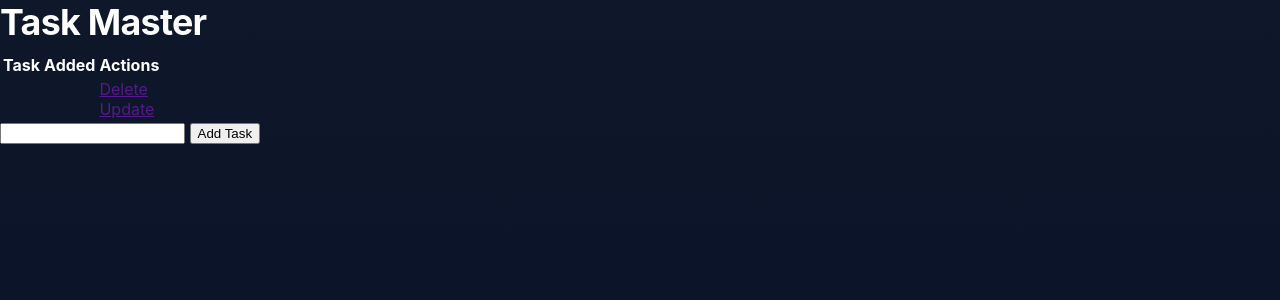
Repository: k10sj02/task-master-flex
Page: http://localhost/
These files come from the project's save history. The page is drawn as it stood at one moment and after the next save; the edit follows.
The browser window is 1280 px wide. The pictures show the whole page.
The page is served by the project's application, run on Flask 3 (app.py).

Above is the page before, as saved 2025-11-13 22:04:37.

### templates/index.html
{% extends 'base.html' %}

{% block head %}
  <title>Hello from Child Template</title>
{% endblock %}

{% block content %}

<div class="content">
  <h1>Task Master</h1>

  <table>
    <tr>
      <th>Task</th>
      <th>Added</th>
      <th>Actions</th>
    </tr>
    <tr>
      <td></td>
      <td></td>
      <td>
        <a href="">Delete</a>
        <br>
        <a href="">Update</a>
      </td>
    </tr>

  </table>

  <form action="/" method="POST">
    <input type="text" name="content" id="content">
    <input type="submit" value="Add Task">

  </form>


</div>
{% endblock %}

### templates/base.html
<!doctype html>
<html lang="en">
<head>
  <meta charset="utf-8">
  <meta name="viewport" content="width=device-width, initial-scale=1">
  {% block head %}{% endblock %}
  <link rel="stylesheet" href="{{ url_for('static', filename='css/main.css') }}">
</head>


  <style>
    :root{
      --bg: #0f172a;
      --card: #0b1220;
      --accent: #60a5fa;
      --muted: #94a3b8;
      --white: #ffffff;
      font-family: Inter, system-ui, -apple-system, "Segoe UI", Roboto, "Helvetica Neue", Arial;
    }

    html,body{
      height:100%;
      margin:0;
      background: linear-gradient(180deg, var(--bg) 0%, #071029 100%);
      color:var(--white);
      -webkit-font-smoothing:antialiased;
      -moz-osx-font-smoothing:grayscale;
    }

    .wrap{
      min-height:100%;
      display:flex;
      align-items:center;
      justify-content:center;
      padding:2rem;
      box-sizing:border-box;
    }

    .card{
      background: linear-gradient(180deg, rgba(255,255,255,0.03), rgba(255,255,255,0.02));
      border:1px solid rgba(255,255,255,0.04);
      padding:2.25rem 3rem;
      border-radius:12px;
      box-shadow: 0 8px 30px rgba(2,6,23,0.6);
      text-align:center;
      max-width:720px;
      width:100%;
    }

    h1{
      margin:0 0 0.5rem 0;
      font-size:clamp(1.5rem, 2.8vw, 2.25rem);
      letter-spacing:-0.02em;
    }

    p.lead{
      margin:0;
      color:var(--muted);
      font-size:1rem;
    }

    .badge{
      display:inline-block;
      margin-bottom:1rem;
      background:rgba(96,165,250,0.12);
      color:var(--accent);
      border-radius:999px;
      padding:0.25rem 0.6rem;
      font-weight:600;
      font-size:0.85rem;
    }

    @media (max-width:420px){
      .card{padding:1.25rem}
    }
  </style>
</head>
<body>

  {% block content %}
  <!-- default content (child templates will override this) -->
  <main class="wrap">
    <section class="card">
      <div class="badge">Boilerplate</div>
      <h1>Hello World 2</h1>
      <p class="lead">
        This is a minimal HTML + CSS starter. Replace this text with your app content.
      </p>
    </section>
  </main>
  {% endblock %}

</body>
</html>

### app.py
from flask import Flask, render_template
from flask_sqlalchemy import SQLAlchemy
from datetime import datetime

app = Flask(__name__)
app.config['SQLALCHEMY_DATABASE_URI'] = 'sqlite:///test.db'
db = SQLAlchemy(app)

class Todo(db.Model):
  id = db.Column(db.Integer, primary_key=True)
  content = db.Column(db.String(200), nullable=False)
  completed = db.Column(db.Integer, default=0)
  date_created = db.Column(db.DateTime, default=datetime.utcnow)

  def __repr__(self):
    return '<Task %r>' % self.id

@app.route('/', methods=['POST', 'GET'])
def index():
  return render_template('index.html')

if __name__ == "__main__":
  app.run(debug=True)

### static/main.css
/* Root variables for colors and fonts */
:root {
  --bg: #0f172a;         /* dark navy background */
  --card: #0b1220;       /* card background */
  --accent: #60a5fa;     /* soft blue accent */
  --muted: #94a3b8;      /* muted text */
  --white: #ffffff;       /* primary text color */
  --font-family: Inter, system-ui, -apple-system, "Segoe UI", Roboto, "Helvetica Neue", Arial;
}

/* Global reset and base styles */
html, body {
  height: 100%;
  margin: 0;
  padding: 0;
  font-family: var(--font-family);
  background: linear-gradient(180deg, var(--bg) 0%, #071029 100%);
  color: var(--white);
  -webkit-font-smoothing: antialiased;
  -moz-osx-font-smoothing: grayscale;
}

/* Wrapper to center content */
.wrap {
  min-height: 100%;
  display: flex;
  align-items: center;
  justify-content: center;
  padding: 2rem;
  box-sizing: border-box;
}

/* Card component */
.card {
  background: linear-gradient(180deg, rgba(255,255,255,0.03), rgba(255,255,255,0.02));
  border: 1px solid rgba(255,255,255,0.04);
  padding: 2rem 3rem;
  border-radius: 12px;
  box-shadow: 0 8px 30px rgba(2,6,23,0.6);
  text-align: center;
  max-width: 720px;
  width: 100%;
}

/* Headings */
h1 {
  margin: 0 0 0.5rem 0;
  font-size: clamp(1.5rem, 2.8vw, 2.25rem);
  letter-spacing: -0.02em;
}

/* Paragraphs with muted text */
p.lead {
  margin: 0;
  color: var(--muted);
  font-size: 1rem;
}

/* Badge component */
.badge {
  display: inline-block;
  margin-bottom: 1rem;
  background: rgba(96,165,250,0.12);
  color: var(--accent);
  border-radius: 999px;
  padding: 0.25rem 0.6rem;
  font-weight: 600;
  font-size: 0.85rem;
}

/* Responsive tweaks */
@media (max-width: 420px) {
  .card {
    padding: 1.25rem;
  }
}

After the next save:
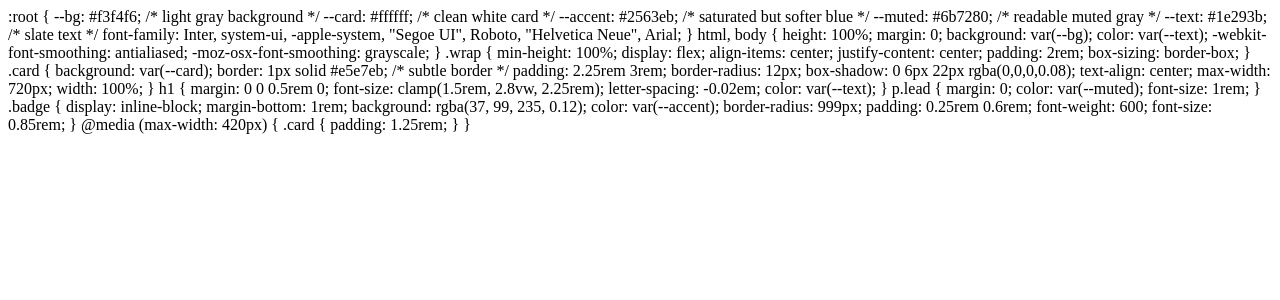
Saved 105 s later.
--- a/templates/base.html
+++ b/templates/base.html
@@ -1,94 +1,65 @@
-<!doctype html>
-<html lang="en">
-<head>
-  <meta charset="utf-8">
-  <meta name="viewport" content="width=device-width, initial-scale=1">
-  {% block head %}{% endblock %}
-  <link rel="stylesheet" href="{{ url_for('static', filename='css/main.css') }}">
-</head>
+:root {
+  --bg: #f3f4f6;          /* light gray background */
+  --card: #ffffff;        /* clean white card */
+  --accent: #2563eb;      /* saturated but softer blue */
+  --muted: #6b7280;       /* readable muted gray */
+  --text: #1e293b;        /* slate text */
+  font-family: Inter, system-ui, -apple-system, "Segoe UI", Roboto, "Helvetica Neue", Arial;
+}
 
+html, body {
+  height: 100%;
+  margin: 0;
+  background: var(--bg);
+  color: var(--text);
+  -webkit-font-smoothing: antialiased;
+  -moz-osx-font-smoothing: grayscale;
+}
 
-  <style>
-    :root{
-      --bg: #0f172a;
-      --card: #0b1220;
-      --accent: #60a5fa;
-      --muted: #94a3b8;
-      --white: #ffffff;
-      font-family: Inter, system-ui, -apple-system, "Segoe UI", Roboto, "Helvetica Neue", Arial;
-    }
+.wrap {
+  min-height: 100%;
+  display: flex;
+  align-items: center;
+  justify-content: center;
+  padding: 2rem;
+  box-sizing: border-box;
+}
 
-    html,body{
-      height:100%;
-      margin:0;
-      background: linear-gradient(180deg, var(--bg) 0%, #071029 100%);
-      color:var(--white);
-      -webkit-font-smoothing:antialiased;
-      -moz-osx-font-smoothing:grayscale;
-    }
+.card {
+  background: var(--card);
+  border: 1px solid #e5e7eb; /* subtle border */
+  padding: 2.25rem 3rem;
+  border-radius: 12px;
+  box-shadow: 0 6px 22px rgba(0,0,0,0.08);
+  text-align: center;
+  max-width: 720px;
+  width: 100%;
+}
 
-    .wrap{
-      min-height:100%;
-      display:flex;
-      align-items:center;
-      justify-content:center;
-      padding:2rem;
-      box-sizing:border-box;
-    }
+h1 {
+  margin: 0 0 0.5rem 0;
+  font-size: clamp(1.5rem, 2.8vw, 2.25rem);
+  letter-spacing: -0.02em;
+  color: var(--text);
+}
 
-    .card{
-      background: linear-gradient(180deg, rgba(255,255,255,0.03), rgba(255,255,255,0.02));
-      border:1px solid rgba(255,255,255,0.04);
-      padding:2.25rem 3rem;
-      border-radius:12px;
-      box-shadow: 0 8px 30px rgba(2,6,23,0.6);
-      text-align:center;
-      max-width:720px;
-      width:100%;
-    }
+p.lead {
+  margin: 0;
+  color: var(--muted);
+  font-size: 1rem;
+}
 
-    h1{
-      margin:0 0 0.5rem 0;
-      font-size:clamp(1.5rem, 2.8vw, 2.25rem);
-      letter-spacing:-0.02em;
-    }
+.badge {
+  display: inline-block;
+  margin-bottom: 1rem;
+  background: rgba(37, 99, 235, 0.12);
+  color: var(--accent);
+  border-radius: 999px;
+  padding: 0.25rem 0.6rem;
+  font-weight: 600;
+  font-size: 0.85rem;
+}
 
-    p.lead{
-      margin:0;
-      color:var(--muted);
-      font-size:1rem;
-    }
-
-    .badge{
-      display:inline-block;
-      margin-bottom:1rem;
-      background:rgba(96,165,250,0.12);
-      color:var(--accent);
-      border-radius:999px;
-      padding:0.25rem 0.6rem;
-      font-weight:600;
-      font-size:0.85rem;
-    }
-
-    @media (max-width:420px){
-      .card{padding:1.25rem}
-    }
-  </style>
-</head>
-<body>
-
-  {% block content %}
-  <!-- default content (child templates will override this) -->
-  <main class="wrap">
-    <section class="card">
-      <div class="badge">Boilerplate</div>
-      <h1>Hello World 2</h1>
-      <p class="lead">
-        This is a minimal HTML + CSS starter. Replace this text with your app content.
-      </p>
-    </section>
-  </main>
-  {% endblock %}
-
-</body>
-</html>
+@media (max-width: 420px) {
+  .card { padding: 1.25rem; }
+}
